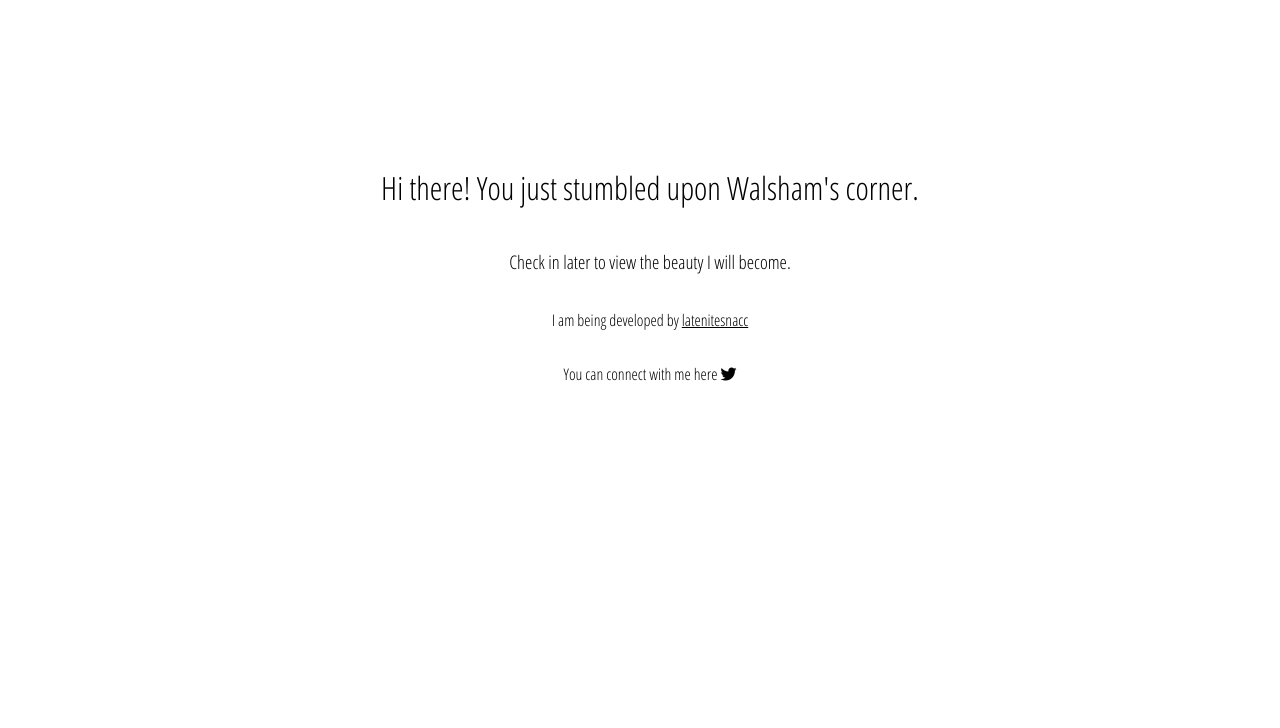
Repository: latenightsnacc/Coming-Soon-Pages
Page: index.html
The author's editor kept a copy of each file at every save. The page is drawn from the files as they stood at one save, then again after the next save.
The browser window is 1280 px wide. The pictures show the whole page.
Some web libraries are served in a nearby version.

Above is the page before, as saved 2020-10-13 16:17:19.

After the next save:
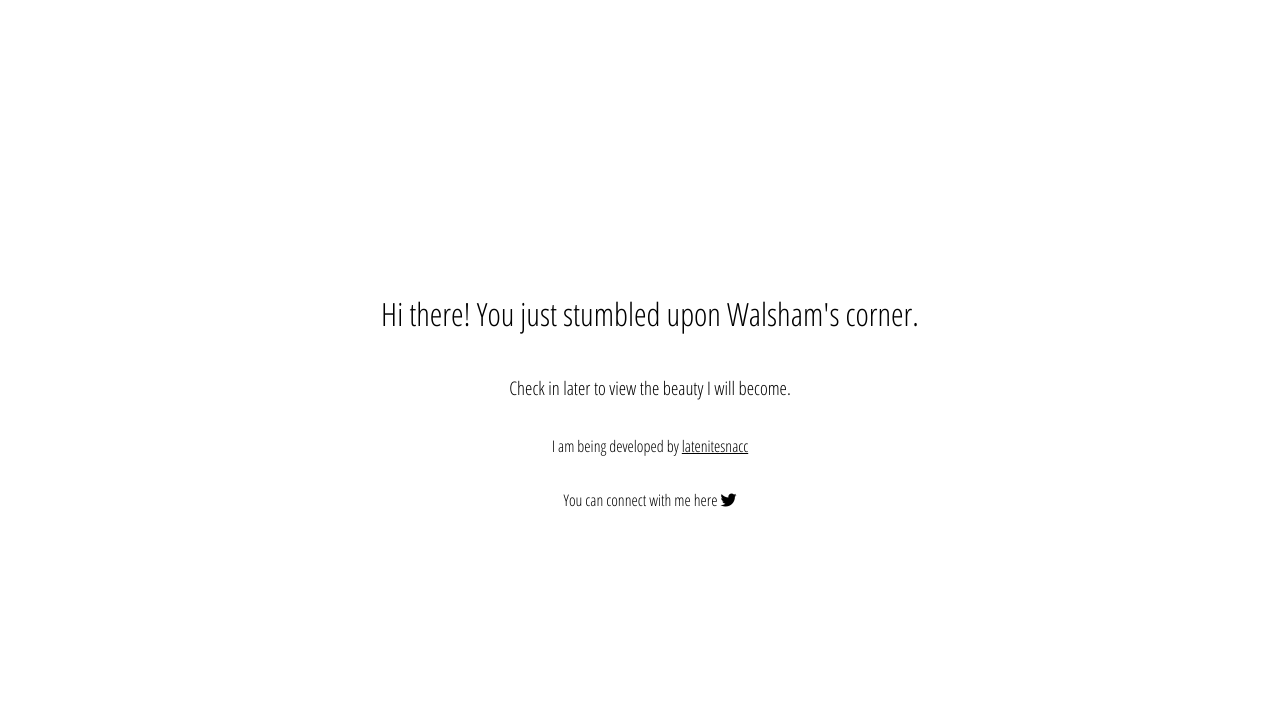
Saved 7 min 48 s later.
--- a/index.html
+++ b/index.html
@@ -15,7 +15,7 @@
             display: flex;
             flex-direction: column;
             align-items: center;
-            margin-top: 10%;
+            margin-top: 20%;
             padding: 10px;
             width: 100%;
             height: 100%;
